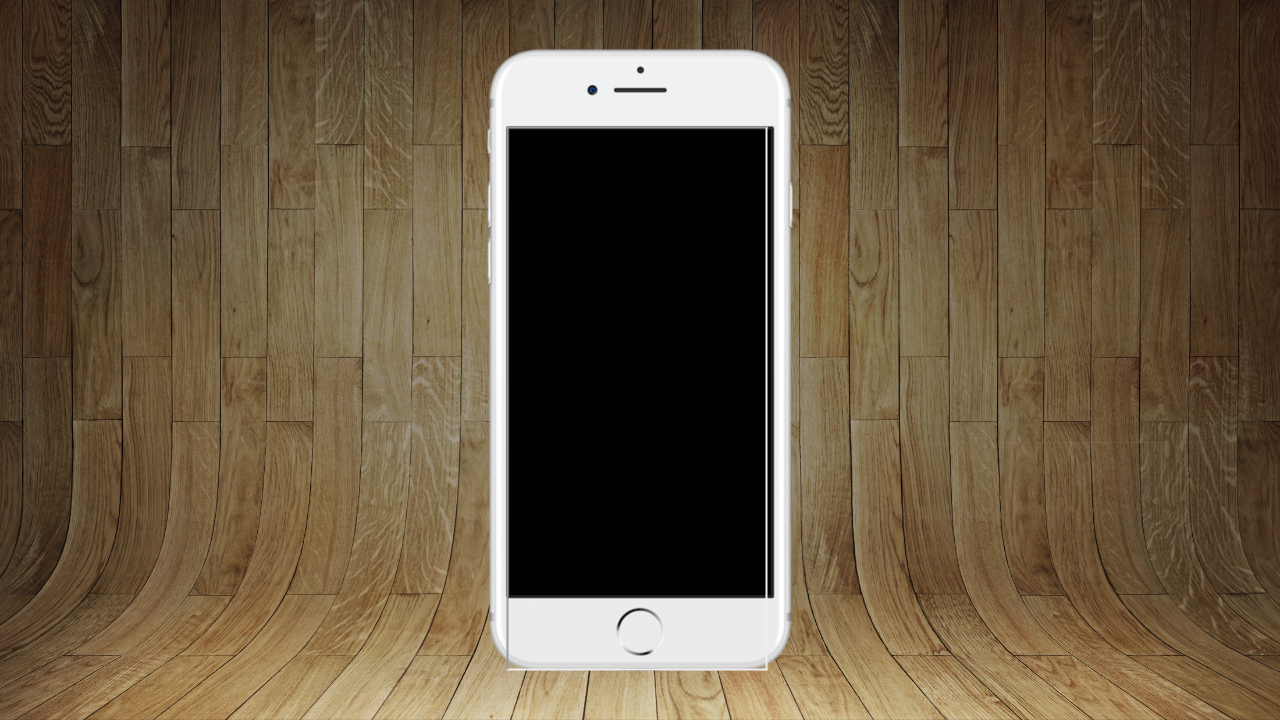
Repository: Sandro1969-tech/Projeto-social-desafio13
Page: index.html
These files come from the project's save history. The page is drawn as it stood at one moment and after a run of saves; the edit follows.
The browser window is 1280 px wide. The pictures show the whole page.

Above is the page before, as saved 2025-12-04 19:15:43.

### index.html
<!DOCTYPE html>
<html lang="pt-br">
<head>
    <meta charset="UTF-8">
    <meta name="viewport" content="width=device-width, initial-scale=1.0">
    <link rel="shorcut icon" href="favicon.ico">
    <link rel="stylesheet" href="style.css">
    <title>Projepo Redes sociais</title>
</head>
<main>
    <section id="telefone">
        <iframe src="home.html" name="tela" id="tela"></iframe>
        </section>
        <section id="redes-socias">

        </section>




</main>
<body>

</body>
</html>

### style.css
@charset "UTF-8";
* {
    margin: 0px;
    padding: 0px;
    font-family: Arial, Helvetica, sans-serif;

}
html, body {
    height: 100vh;
    width: 100vw;
    background-color: black;

    body {
        background: url(assets/image/fundo-madeira.jpg);
        no -repeat top center;
        background-size: cover;
        background-attachment: fixed;
    }

}
main {
    height: 100vh;
position: relative;

}

section#telefone {
    position: absolute;
    top: 50%;
    left: 50%;
    transform: translate(-50%, -50%);
    height: 627px;
    width: 311px;
    background: url(assets/image/frame-iphone.png) no-repeat;
}

iframe#tela {
    position: relative;
    top: 80px;
    left: 22px;
    height: 540px;
    width: 257px;

}

### home.html
<!DOCTYPE html>
<html lang="pt-BR">
<head>
    <meta charset="UTF-8">
    <meta name="viewport" content="width=device-width, initial-scale=1.0">
    <title>Home</title>
</head>
<style>
    * {
        margin: 0;
        padding: 0;
    }

    body {
        width: 100vw;
        height: 100vh;
        background-color: black url(assets/image/tela-home.jpg) no repeat
        top center;
        background-size:cover;
    }
</style>
<body>

</body>
</html>

After the next 2 saves:
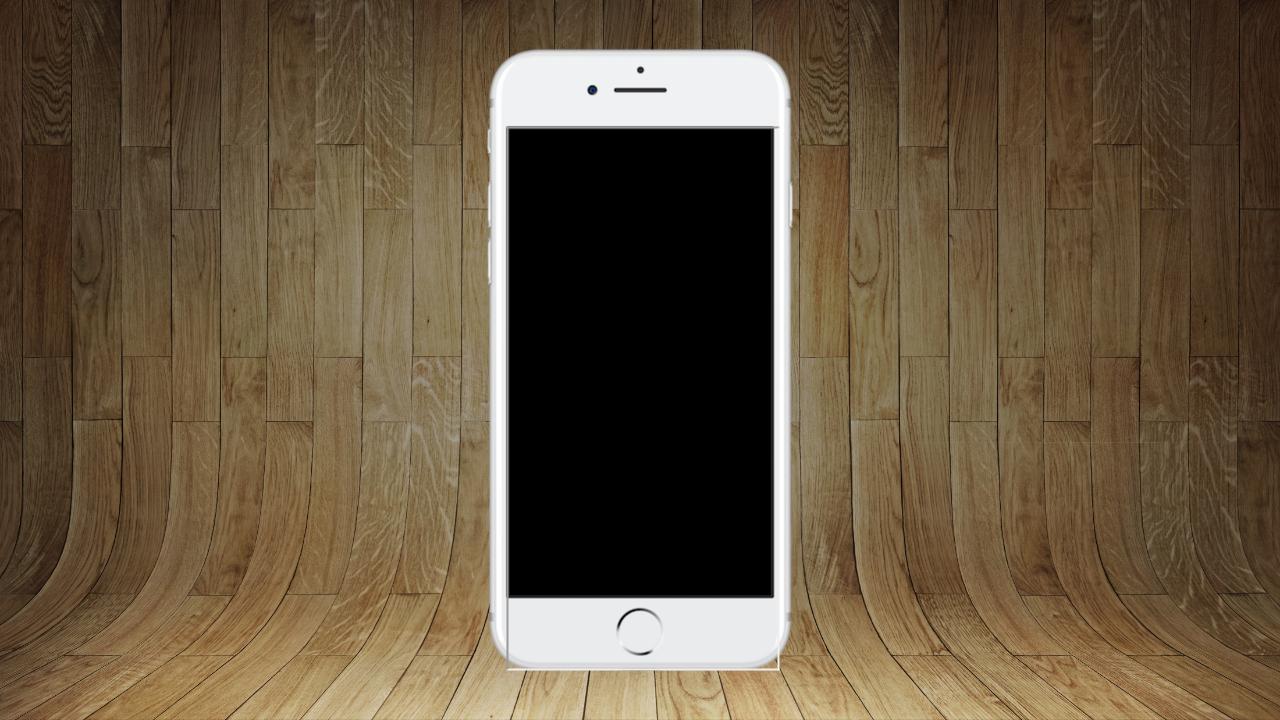
The 2 saves are shown as one change because they came seconds apart.
The last was saved 49 s later.
--- a/style.css
+++ b/style.css
@@ -39,6 +39,6 @@
     top: 80px;
     left: 22px;
     height: 540px;
-    width: 257px;
+    width: 269px;
 
 }
